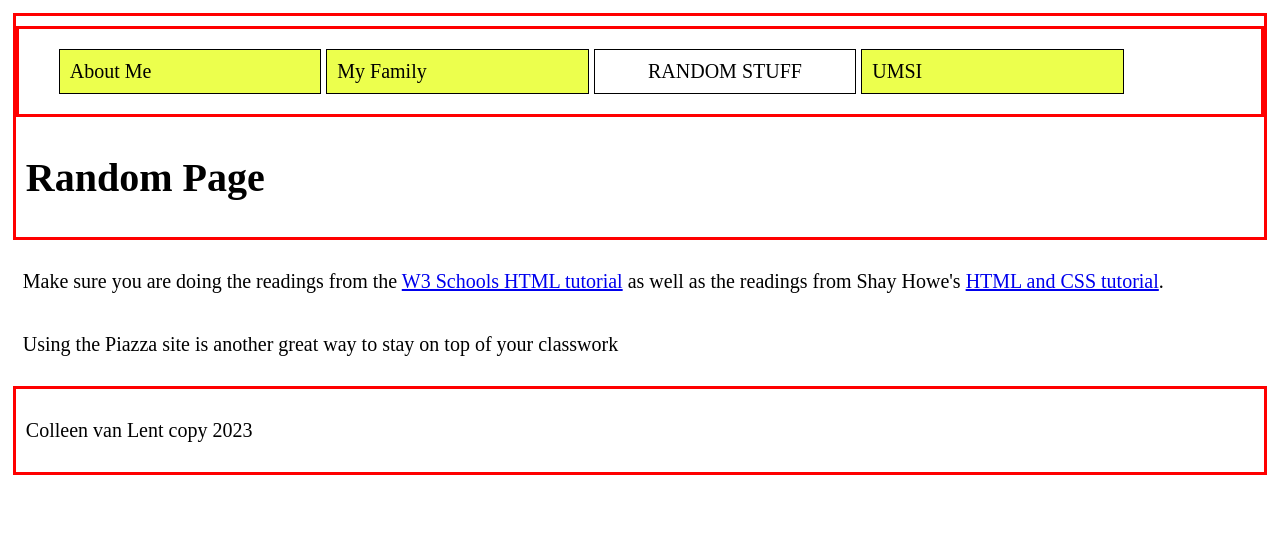
Repository: lulyany/hw1-2023
Page: random.html
The author's editor kept a copy of each file at every save. The page is drawn from the files as they stood at one save, then again after a run of saves.
The browser window is 1280 px wide. The pictures show the whole page.

Above is the page before, as saved 2023-09-04 18:53:28.
Not found: css/rest.css

After the next 5 saves:
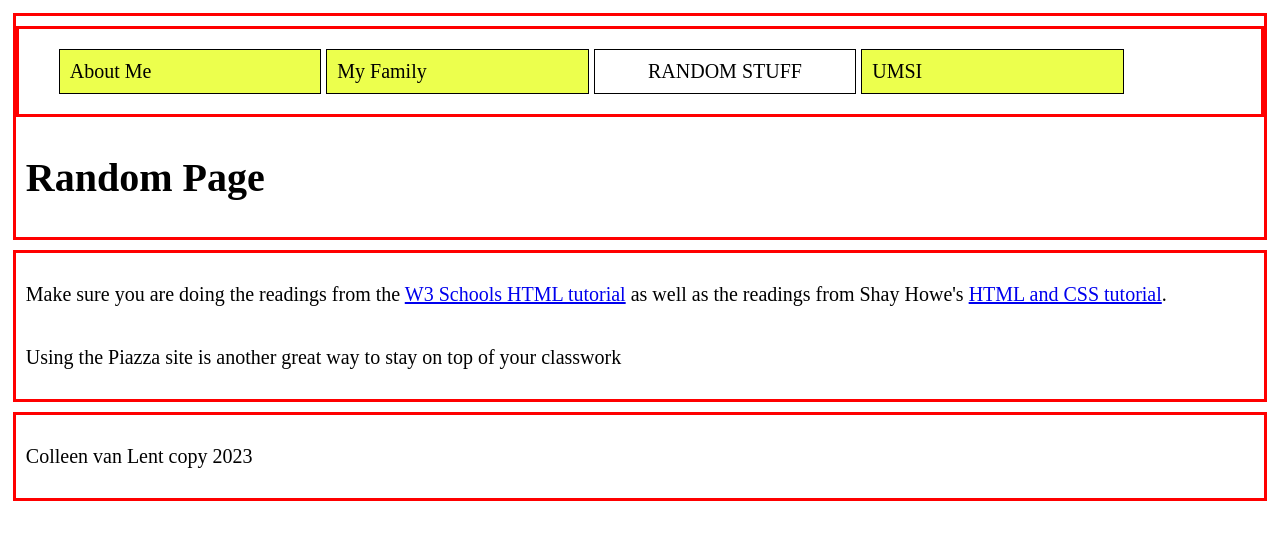
The 5 saves are shown as one change because they came seconds apart.
The last was saved 9 s later.
--- a/random.html
+++ b/random.html
@@ -24,12 +24,13 @@
 	</header>
 
 	<!-- main -->
-
+	<main>
 	<p>Make sure you are doing the readings from the <a href = "www.w3schools.com/html/">W3 Schools HTML
 		tutorial</a> as well as the readings from Shay Howe's
 		<a href = "https://learn.shayhowe.com/html-css/"<a>HTML and CSS tutorial</a>.
 
 	<p>Using the Piazza site is another great way to stay on top of your classwork</p>
+	</main>
 
 	<footer>
 		<p>Colleen van Lent copy 2023</p>
